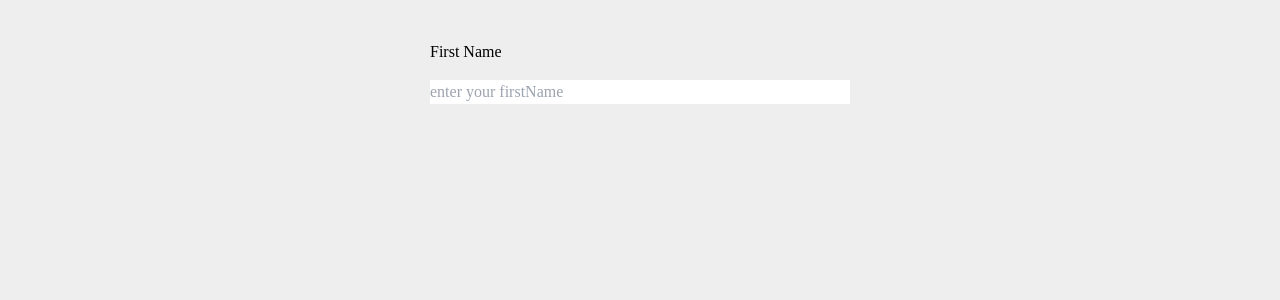
Repository: 16-Doffy/Fe-Khhoahoc
Page: /
These files come from the project's save history. The page is drawn as it stood at one moment and after the next save; the edit follows.
The browser window is 1280 px wide. The pictures show the whole page.
The project was rebuilt for these pictures with package versions that can differ from the ones it lists, and the page was loaded fresh each time. Also part of the build but not shown: src/App.css.

Above is the page before, as saved 2025-02-11 04:30:29.

After the next save:
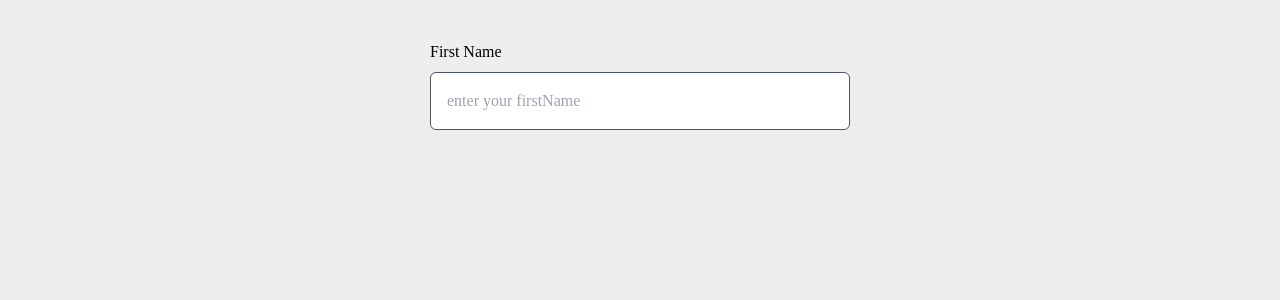
Saved 57 s later.
--- a/src/components/Form/SignUpForm.js
+++ b/src/components/Form/SignUpForm.js
@@ -3,9 +3,14 @@ import React from 'react';
 const SignUpForm = () => {
     return (
         <div className='p-10 w-full max-w-[500px] mx-auto' >
-           <div className='flex flex-col gap-4'>
+           <div className='flex flex-col gap-2'>
             <label htmlFor="firstName">First Name</label>
-            <input type="text" id='firstName' placeholder='enter your firstName'/>
+            <input
+             type="text"
+              id='firstName'
+              placeholder='enter your firstName'
+                className='p-4 rounded-md border border-gray-600'
+              />
            </div>
         </div>
     );
